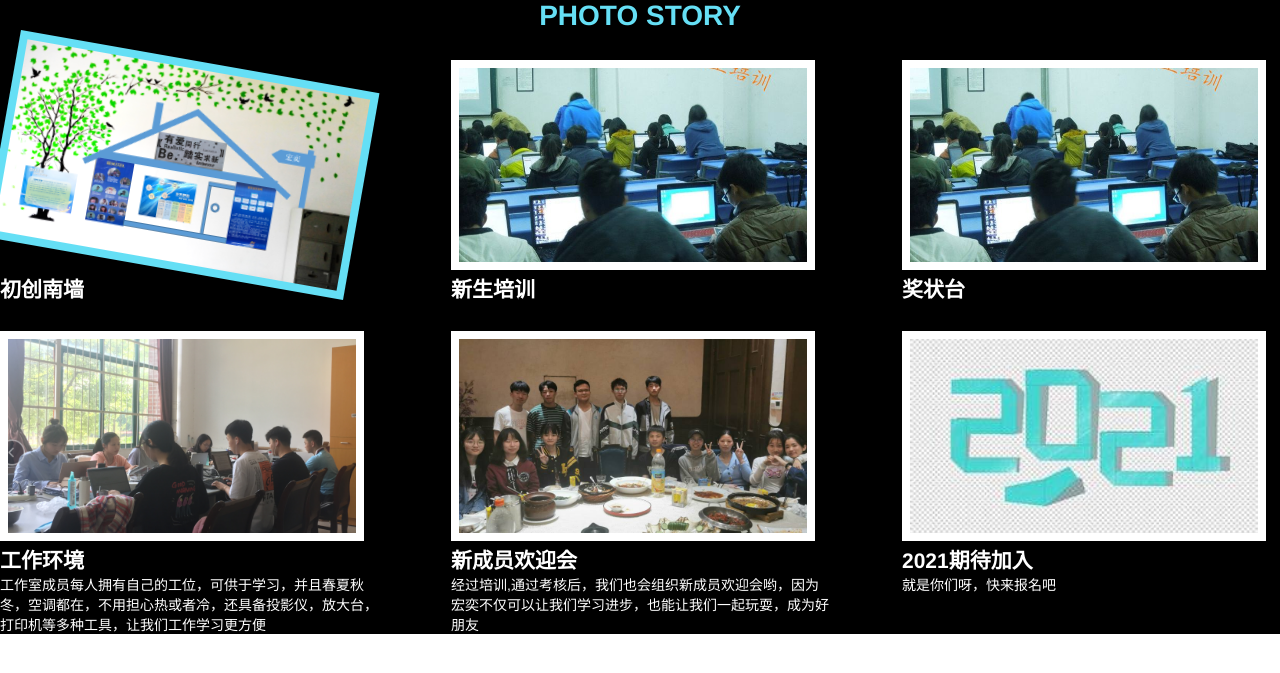
Repository: Homyit20/website
Page: /#/photo
The author's editor kept a copy of each file at every save. The page is drawn from the files as they stood at one save, then again after the next save.
The browser window is 1280 px wide. The pictures show the whole page.
The project was rebuilt for these pictures with package versions that can differ from the ones it lists, and the page was loaded fresh each time. Also part of the build but not shown: vue.config.js.

Above is the page before, as saved 2021-08-10 16:08:10.

### public/index.html
<!DOCTYPE html>
<html lang="">
  <head>
    <meta charset="utf-8">
    <meta http-equiv="X-UA-Compatible" content="IE=edge">
    <meta name="viewport" content="width=device-width,initial-scale=1.0">
    <link rel="icon" href="<%= BASE_URL %>favicon.ico">
    <!-- <title><%= htmlWebpackPlugin.options.title %></title> -->
    <title><%= htmlWebpackPlugin.options.title %></title>
    <style>
      *{
        cursor: url("火箭.ico"),auto;
      }
      .body{
        overflow-x: hidden;
      }
    </style>
  </head>
  <body class="body">
    <noscript>
      <strong>We're sorry but <%= htmlWebpackPlugin.options.title %> doesn't work properly without JavaScript enabled. Please enable it to continue.</strong>
    </noscript>
    <div id="app"></div>
    <!-- built files will be auto injected -->
  </body>
</html>

### src/main.js
import Vue from 'vue'
import App from './App.vue'
import router from './router'
import store from './store'
// import VueCookies from 'vue-cookies'
// import axios from 'axios'
// import VueAxios from 'vue-axios'
import 'animate.css/animate.min.css'
// Vue.use(VueCookies)
// Vue.use(VueAxios, axios);

Vue.config.productionTip = false

new Vue({
  router,
  store,
  render: h => h(App),
}).$mount('#app')

//报名成功或者已报名才可进入二维码页面
router.beforeEach((to, from, next) => {
  //路由导航
  if (to.meta.islogin) {

    if (store.state.success == 1) {
      next()
    } else {
      next({
        path: from.path
      })
    }
  } else {

    if (to.meta.islogin) {
      if (store.state.success == 1) {
        next()
      } else {
        next({
          path: from.path
        })
      }
    } else {
      next()
    }
  }
})
window.onload = function(){
  document.title = "HOMYIT STUDIO"
}

### src/App.vue
<template>
  <div id="app">
    <router-view></router-view>
  </div>
</template>

<script>
// import NavBar from "./components/enter/enter.vue"
export default {
  name: "App"
};
</script>

<style>
* {
  margin: 0;
  padding: 0;
  box-sizing: border-box;
}
html {
  font-size: 14px;
}
#app {
  font-family: Avenir, Helvetica, Arial, sans-serif;
}
</style>

### src/router/index.js
import Vue from 'vue'
import VueRouter from 'vue-router'

Vue.use(VueRouter);

const routes = [
    {
        path: '/',
        redirect: '/enter',
        meta : {
            title : 'enter'
        }
    },
    {
        path: '/technique',
        component: () => import('../views/technique.vue'),
        meta : {
            title : 'technique'
        }
    },
    {
        path: '/develop',
        component: () => import('../views/develop.vue'),
        meta : {
            title : 'develop'
        }
    },
    {
        path: '/enter',
        component: () => import('../views/enter.vue'),
        meta : {
            title : 'enter'
        }
    },
    {
        path: '/login',
        component: () => import('../views/login.vue'),
        redirect: '/login/loginform',
        children: [{
            path: '/login/loginform',
            component: () => import('../components/content/loginform.vue'),
            meta : {
                title : 'login'
            }
        },
        {
            path: '/login/contact',
            component: () => import('../components/content/contact.vue'),
            meta: {
                islogin: true,
                title : 'contact'
            }
        }
        ]
    },
    {
        path: '/home',
        component: () => import('../views/Home.vue'),
        meta : {
            title : 'home'
        }
    }, {
        path: '/background',
        component: () => import('../views/background.vue'),
        meta : {
            title : 'background'
        }
    },
    {
        path : '/photo',
        component : () => import('../views/photo.vue')
    }
]

const router = new VueRouter({
    routes
})

export default router;

### src/store/index.js
import Vue from 'vue'
import Vuex from 'vuex'

Vue.use(Vuex)

const store = new Vuex.Store({
    state : {
        success : 0,
        isnav : false
    },
    mutations : {
        judge(state){
            state.success = 1
        }
    }
})

export default store;

### src/views/photo.vue
<template>
  <div class="photos-back">
    <h1>PHOTO STORY</h1>
    <div class="photo-content">
      <div class="photo-content-img">
        <img src="../assets/techlogin/images/南墙.png" class="photo-animate-one our-photo" @click="changephoto(0)">
        <h2>初创南墙</h2>
        <p></p>
      </div>
      <div class="photo-content-img">
        <img src="../assets/techlogin/images/新生培训.jpg" class="our-photo" @click="changephoto(1)">
        <h2>新生培训</h2>
        <p></p>
      </div>
      <div class="photo-content-img">
        <img src="../assets/techlogin/images/新生培训.jpg" class="our-photo" @click="changephoto(2)">
        <h2>奖状台</h2>
        <p></p>
      </div>
      <div class="photo-content-img">
        <img src="../assets/techlogin/images/工作环境.png" class="our-photo" @click="changephoto(3)">
        <h2>工作环境</h2>
        <p>工作室成员每人拥有自己的工位，可供于学习，并且春夏秋冬，空调都在，不用担心热或者冷，还具备投影仪，放大台，打印机等多种工具，让我们工作学习更方便</p>
      </div>
      <div class="photo-content-img">
        <img src="../assets/techlogin/images/2020.jpg" class="our-photo" @click="changephoto(4)">
        <h2>新成员欢迎会</h2>
        <p>经过培训,通过考核后，我们也会组织新成员欢迎会哟，因为宏奕不仅可以让我们学习进步，也能让我们一起玩耍，成为好朋友</p>
      </div>
      <div class="photo-content-img">
        <img src="../assets/techlogin/images/2021.jpg" @click="phototojoin()">
        <h2>2021期待加入</h2>
        <p>就是你们呀，快来报名吧</p>
      </div>
    </div>
  </div>
</template>

<script>
  let photobefore = 0;
  export default {
    name : 'photo',
    methods:{
      changephoto(value){
        let ourphoto = document.getElementsByClassName('our-photo');
        ourphoto[0].classList.remove('photo-animate-one');
        ourphoto[photobefore].classList.remove('photo-animate-one');
        ourphoto[value].classList.add('photo-animate-one');
        photobefore = value;
      },
      phototojoin(){
      this.$router.push({
        path : '/login/loginform'
      })
    }
    }
  }
</script>

<style>
.photos-back{
  width: 100vw;
  background-color: #000;
  display: flex;
  flex-direction: column;
  align-items: center;
  color: #65dff5;
}
.photo-content{
  display: flex;
  justify-content: space-between;
  flex-wrap: wrap;
}
.photo-content-img{
  width: 27rem;
  margin-top: 2rem;
  color: #fff;
}
.photo-content-img h1{
  color: #65dff5;
}
.photo-content-img img{
  border: 8px solid #fff;
  width: 26rem;
  height: 15rem;
  object-fit: cover;
}
  .photo-content-img .photo-animate-one{
    border: 8px solid #65dff5;
    animation: photoone 2s infinite ease-in-out;
  }
/* 动画 */
@keyframes photoone {
  0%{
    transform: rotate(0deg);
  }
  50%{
    transform: rotate(10deg);
  }
  100%{
    transform: rotate(0deg);
  }
}


@media screen and (max-width : 800px){
  .photo-content{
    display: flex;
    flex-direction: column;
    align-items: center;
 }
   .photo-content-img img{
    width: 22rem;
    height: 12rem;
  }
}
@media screen and (min-width: 1500px){
  .photo-content-img img{
    width: 35rem;
    height: 20rem;
  }
}
</style>

After the next save:
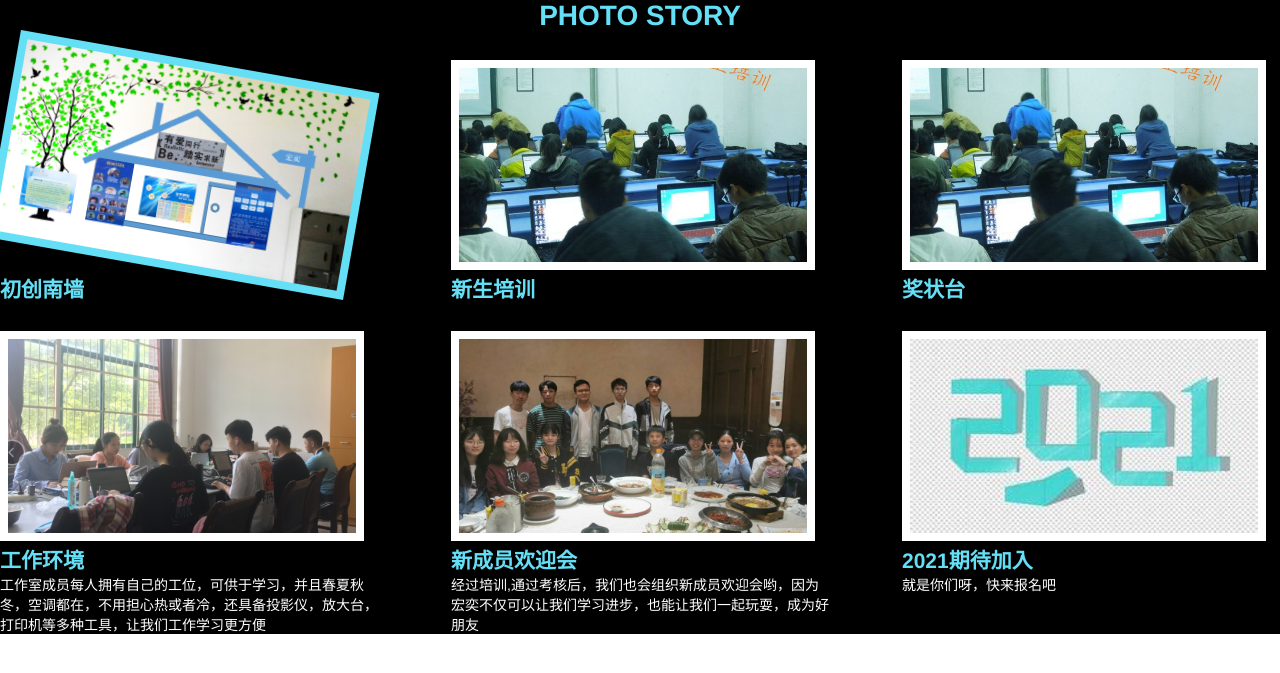
Saved 15 s later.
--- a/src/views/photo.vue
+++ b/src/views/photo.vue
@@ -76,7 +76,7 @@
   margin-top: 2rem;
   color: #fff;
 }
-.photo-content-img h1{
+.photo-content-img h2{
   color: #65dff5;
 }
 .photo-content-img img{

After the save that followed:
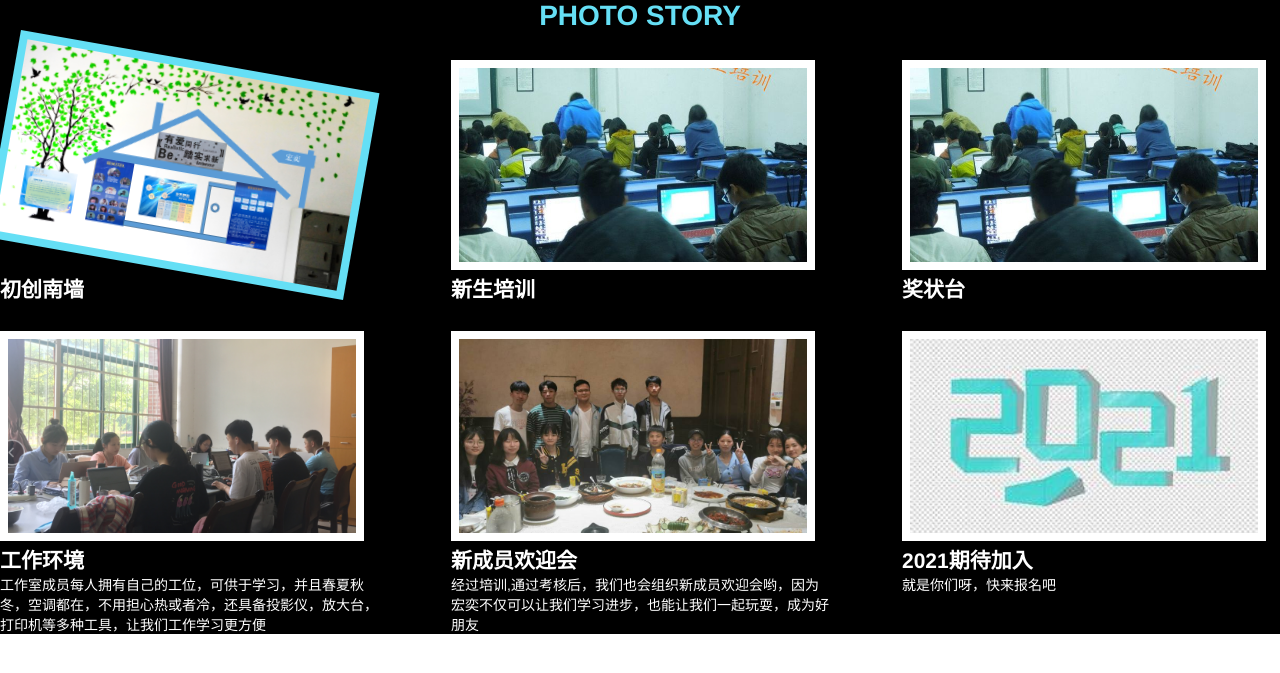
Saved 2 min 17 s later.
--- a/src/views/photo.vue
+++ b/src/views/photo.vue
@@ -43,6 +43,9 @@
     methods:{
       changephoto(value){
         let ourphoto = document.getElementsByClassName('our-photo');
+        let photoh2 = document.getElementsByTagName('h2');
+        photoh2[value].style.color = '#65dff5';
+        photoh2[value].style.color = '#fff';
         ourphoto[0].classList.remove('photo-animate-one');
         ourphoto[photobefore].classList.remove('photo-animate-one');
         ourphoto[value].classList.add('photo-animate-one');
@@ -75,9 +78,6 @@
   width: 27rem;
   margin-top: 2rem;
   color: #fff;
-}
-.photo-content-img h2{
-  color: #65dff5;
 }
 .photo-content-img img{
   border: 8px solid #fff;
